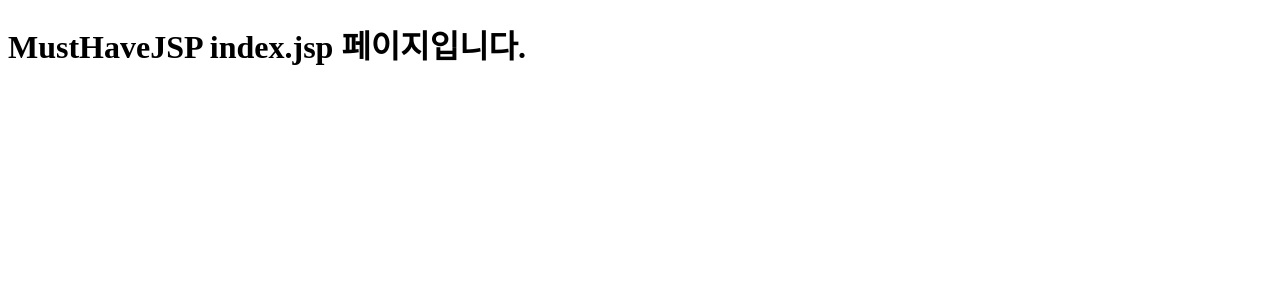
Repository: ahwaboin3/eclipse-workspace-jsp
Page: http://localhost/MustHaveJSP/
An editor plug-in stored every save of this project. The page is shown before and after the next save, followed by the edit.
The browser window is 1280 px wide. The pictures show the whole page.
The page is served by Tomcat 10. Nobody is signed in. The application's start-up code is not run. Other server files are loaded and not shown.

Above is the page before, as saved 2025-05-23 02:37:35.

### MustHaveJSP/src/main/webapp/index.jsp
<%@ page language="java" contentType="text/html; charset=UTF-8"
    pageEncoding="UTF-8"%>
<!DOCTYPE html>
<html>
<head>
<meta charset="UTF-8">
<title>Insert title here</title>
<!-- src/webapp/index.jsp -->
</head>
<body>
	<h1>MustHaveJSP index.jsp 페이지입니다.</h1>
</body>
</html>

After the next save:
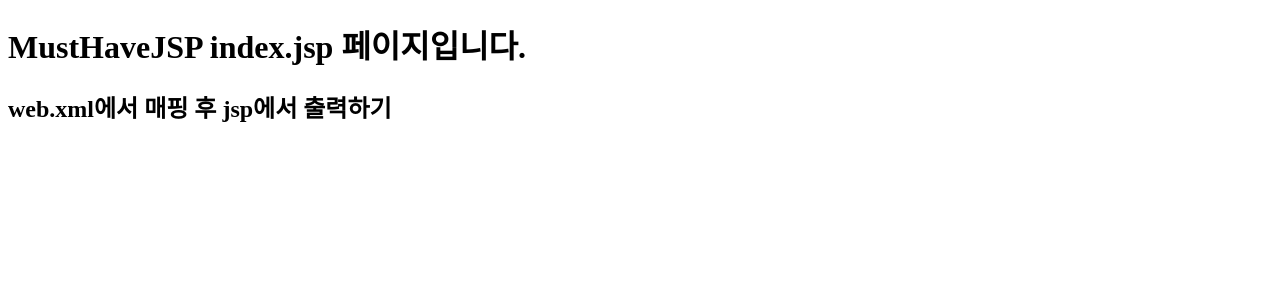
Saved 52 s later.
--- a/MustHaveJSP/src/main/webapp/index.jsp
+++ b/MustHaveJSP/src/main/webapp/index.jsp
@@ -9,5 +9,6 @@
 </head>
 <body>
 	<h1>MustHaveJSP index.jsp 페이지입니다.</h1>
+	<h2>web.xml에서 매핑 후 jsp에서 출력하기</h2>
 </body>
 </html>
